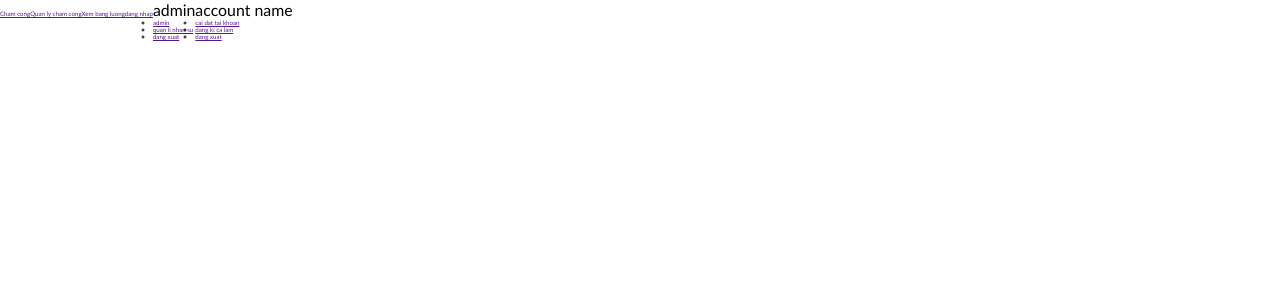
Repository: LDDUNG2003/a
Page: index.html
These files come from the project's save history. The page is drawn as it stood at one moment and after the next save; the edit follows.
The browser window is 1280 px wide. The pictures show the whole page.

Above is the page before, as saved 2023-10-13 23:31:35.

After the next save:
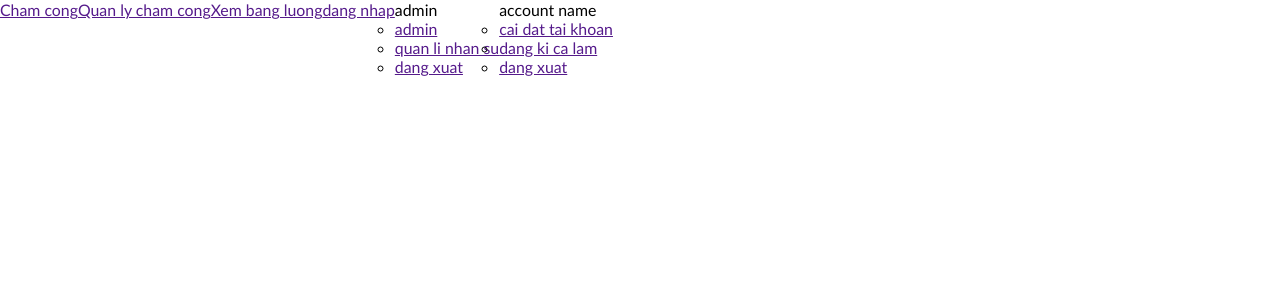
Saved 22 s later.
--- a/controlView/css/base.css
+++ b/controlView/css/base.css
@@ -6,8 +6,12 @@
 * {
     padding: 0px;
     margin: 0px;
+    font-family: 'Trebuchet MS', 'Lucida Sans Unicode', 'Lucida Grande', 'Lucida Sans', Arial, sans-serif;
+}
+
+html,
+body {
     font-size: 0.62rem;
-    font-family: 'Trebuchet MS', 'Lucida Sans Unicode', 'Lucida Grande', 'Lucida Sans', Arial, sans-serif;
 }
 
 .main {}
